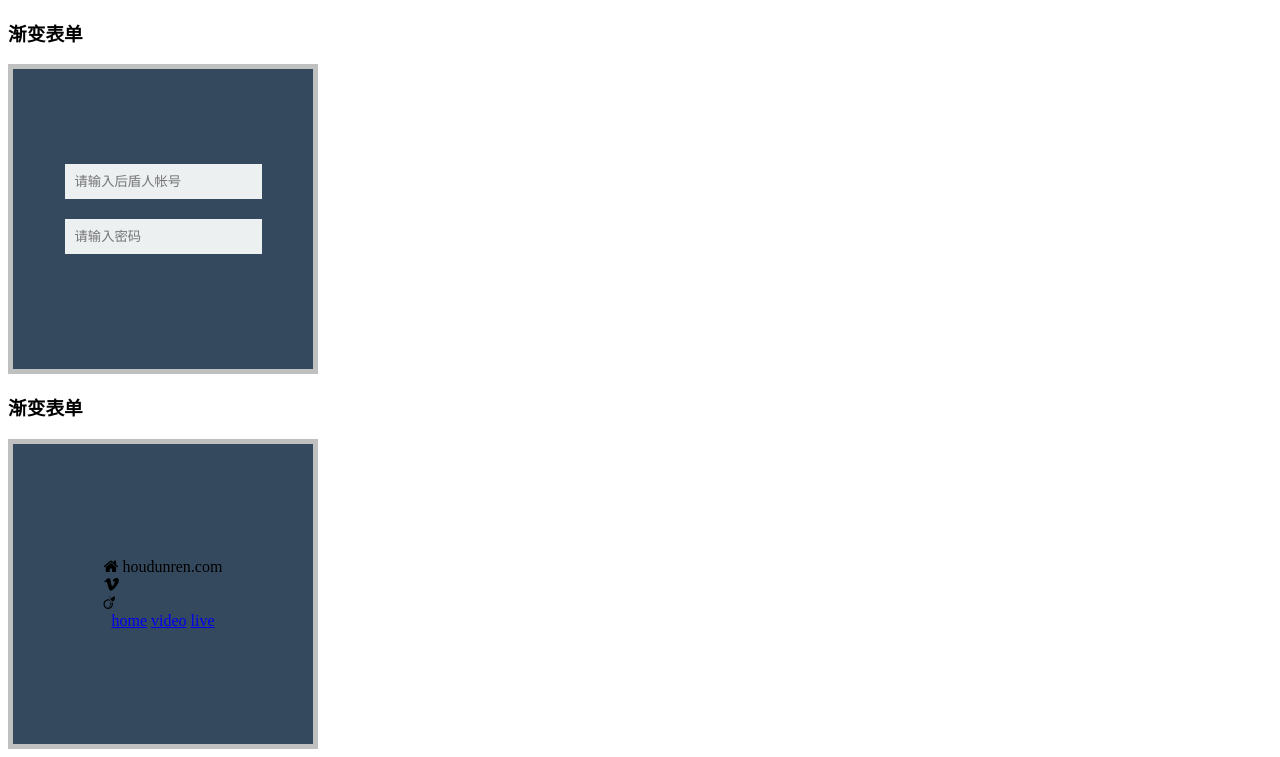
Repository: Aissd/animateDemo
Page: translate02.html
An editor plug-in stored every save of this project. The page is shown before and after the next save, followed by the edit.
The browser window is 1280 px wide. The pictures show the whole page.
The style sheet was rebuilt from its Sass, Less or Tailwind sources for each picture, by a compiler version that may differ from the author's.

Above is the page before, as saved 2020-05-13 09:06:02.

After the next save:
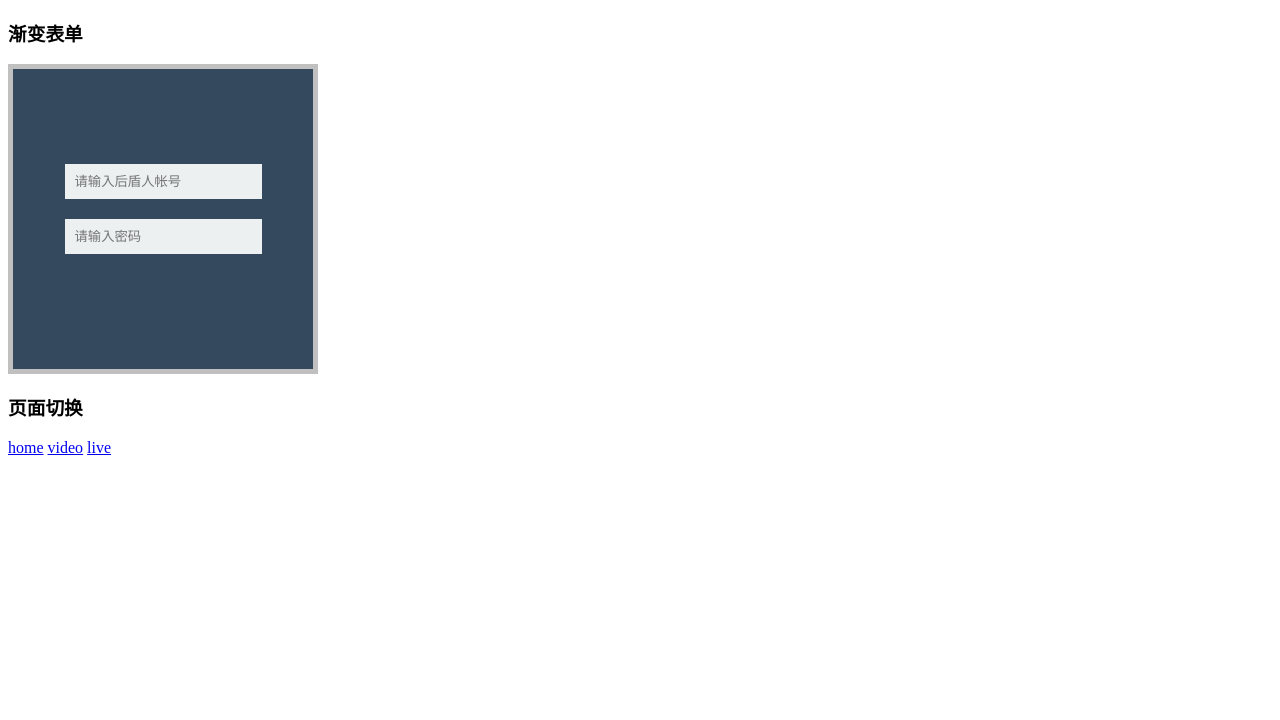
Saved 34 s later.
--- a/translate02.html
+++ b/translate02.html
@@ -22,8 +22,8 @@
         </section>
 
         <section class="demo-section">
-            <h3>渐变表单</h3>
-            <div class="demo12">
+            <h3>页面切换</h3>
+            <div class="demo13">
                 <main>
                     <div id="home">
                         <i class="fa fa-home" aria-hidden="true"></i>
